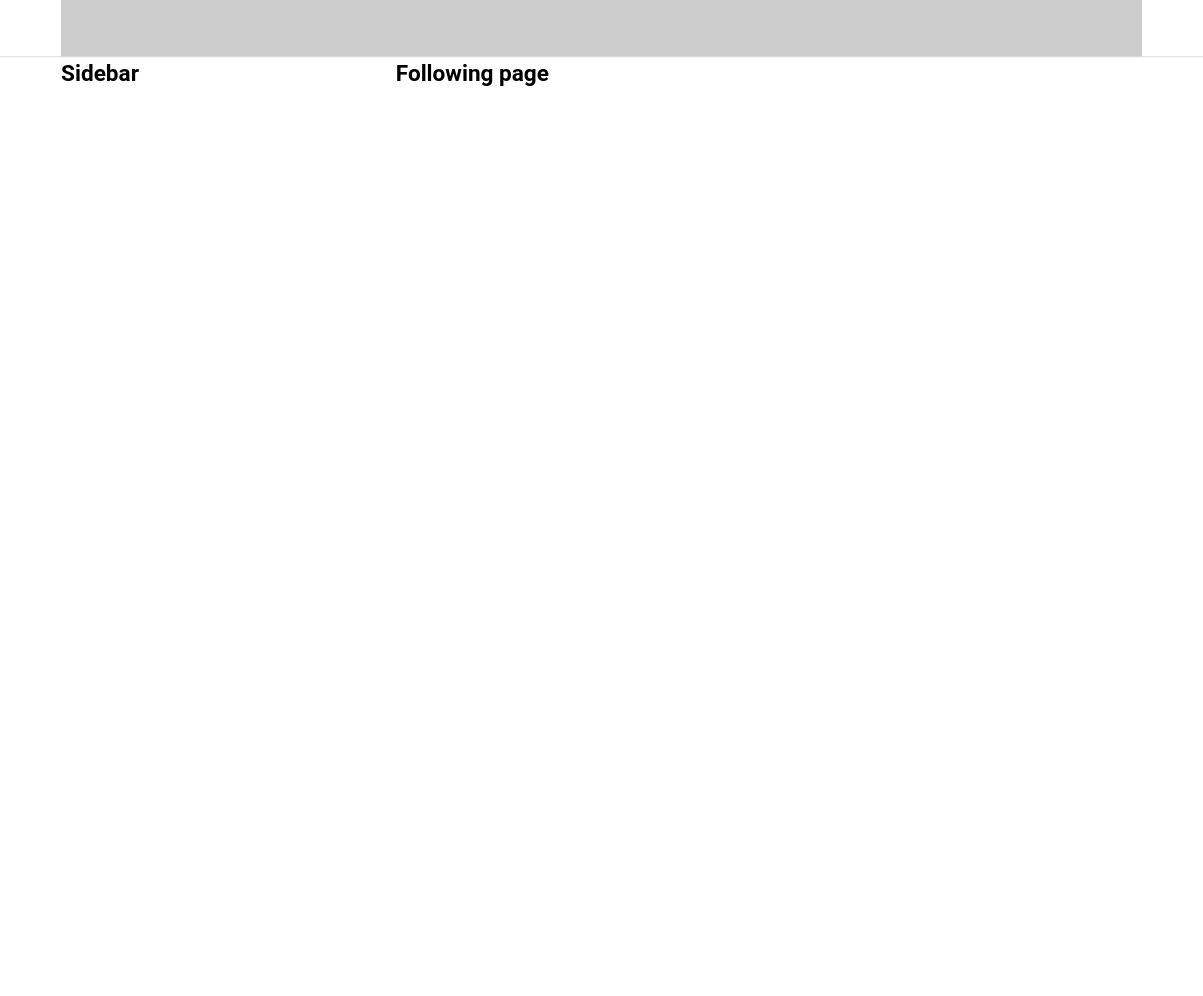
Repository: ynguyen1512/tiktok-ui
Page: /following
An editor plug-in stored every save of this project. The page is shown before and after the next save, followed by the edit.
The browser window is 1280 px wide. The pictures show the whole page, at 94% of full size.
The project was rebuilt for these pictures with package versions that can differ from the ones it lists, and the page was loaded fresh each time. Also part of the build but not shown: src/pages/Home/index.js, src/pages/Profile/index.js, src/pages/Upload/index.js, src/pages/Search/index.js. Imported but missing from the stored project, and not drawn on this page: src/components/Layout/HeaderOnly.

Above is the page before, as saved 2023-07-29 20:38:55.

### src/App.js
import { BrowserRouter as Router, Routes, Route } from 'react-router-dom';
import { publicRoutes } from '~/routes';
import { DefaultLayout } from '~/components/Layout';
import { Fragment } from 'react';

function App() {
    return (
        <Router>
            <div className="App">
                <Routes>
                    {publicRoutes.map((route, index) => {
                        const Page = route.component;

                        let Layout = DefaultLayout;
                        if (route.layout) {
                            Layout = route.layout;
                        } else if (route.layout === null) {
                            Layout = Fragment;
                        }

                        return (
                            <Route
                                key={index}
                                path={route.path}
                                element={
                                    <Layout>
                                        <Page />
                                    </Layout>
                                }
                            />
                        );
                    })}
                </Routes>
            </div>
        </Router>
    );
}

export default App;

### src/components/GlobalStyles/index.js
import './GlobalStyles.scss';

function GlobalStyles({ children }) {
    return children;
}

export default GlobalStyles;

### src/routes/index.js
// Layout
import { HeaderOnly } from '~/components/Layout';

import Home from '~/pages/Home';
import Following from '~/pages/Following';
import Profile from '~/pages/Profile';
import Upload from '~/pages/Upload';
import Search from '~/pages/Search';

// Without Login to use this route
const publicRoutes = [
    { path: '/', component: Home },
    { path: '/following', component: Following },
    { path: '/profile', component: Profile },
    { path: '/upload', component: Upload, layout: HeaderOnly },
    { path: '/search', component: Search, layout: null },
];

// Have to login to use this route
const privateRoutes = [];

export { publicRoutes, privateRoutes };

### src/components/Layout/index.js
export { default as DefaultLayout } from './DefaultLayout';
export { default as HeaderOnly } from './HeaderOnly';

### src/components/GlobalStyles/GlobalStyles.scss
@import 'normalize.css';
@import url('https://fonts.googleapis.com/css2?family=Great+Vibes&family=Lobster&family=Montserrat:wght@300;400;500;600;700&family=Open+Sans:wght@300;400;500;600;700&display=swap');

:root {
    --primary: #fe2c55;
}

* {
    margin: 0;
    padding: 0;
    box-sizing: border-box;
}

html {
    font-size: 62.5%;
}
body {
    font-family: 'Roboto', sans-serif;
    font-size: 1.6rem;
    line-height: 1.5;
    text-rendering: optimizeSpeed;
}

### src/pages/Following/index.js
function Following() {
    return <h2>Following page</h2>;
}

export default Following;

### src/components/Layout/DefaultLayout/index.js
import Header from '~/components/Layout/components/Header';
import SideBar from './SideBar/SideBar';
import styles from './DefaultLayout.module.scss';
import classNames from 'classnames/bind';

const cx = classNames.bind(styles);

function DefaultLayout({ children }) {
    return (
        <div className={cx('wrapper')}>
            <Header />
            <div className={cx('container')}>
                <SideBar />
                <div className={cx('content')}>{children}</div>
            </div>
        </div>
    );
}

export default DefaultLayout;

### src/components/Layout/components/Header/index.js
import styles from './Header.module.scss';
import classNames from 'classnames/bind';

const cx = classNames.bind(styles);

function Header() {
    return (
        <header className={cx('wrapper')}>
            <div className={cx('inner')}>
                {/* logo */}
                {/* search */}
            </div>
        </header>
    );
}

export default Header;

### src/components/Layout/DefaultLayout/SideBar/SideBar.js
import styles from './SideBar.module.scss';
import classNames from 'classnames/bind';

const cx = classNames.bind(styles);

function SideBar() {
    return (
        <aside className={cx('wrapper')}>
            <h2>Sidebar</h2>
        </aside>
    );
}

export default SideBar;

### src/components/Layout/DefaultLayout/DefaultLayout.module.scss
.wrapper {
    display: flex;
    flex-direction: column;
    align-items: center;
}

.container {
    width: 1150px;
    display: flex;
}

### src/components/Layout/components/Header/Header.module.scss
.wrapper {
    width: 100%;
    height: 60px;
    box-shadow: 0px 1px 1px rgb(0 0 0 / 12%);
    display: flex;
    justify-content: center;
}

.inner {
    height: 100%;
    width: 1150px;
    background-color: #ccc;
}

### src/components/Layout/DefaultLayout/SideBar/SideBar.module.scss
.wrapper {
    width: 356px;
    min-height: 1000px;
}

Loaded but not shown: public/index.html (common file); src/index.js (common file); src/reportWebVitals.js (common file)

After the next save:
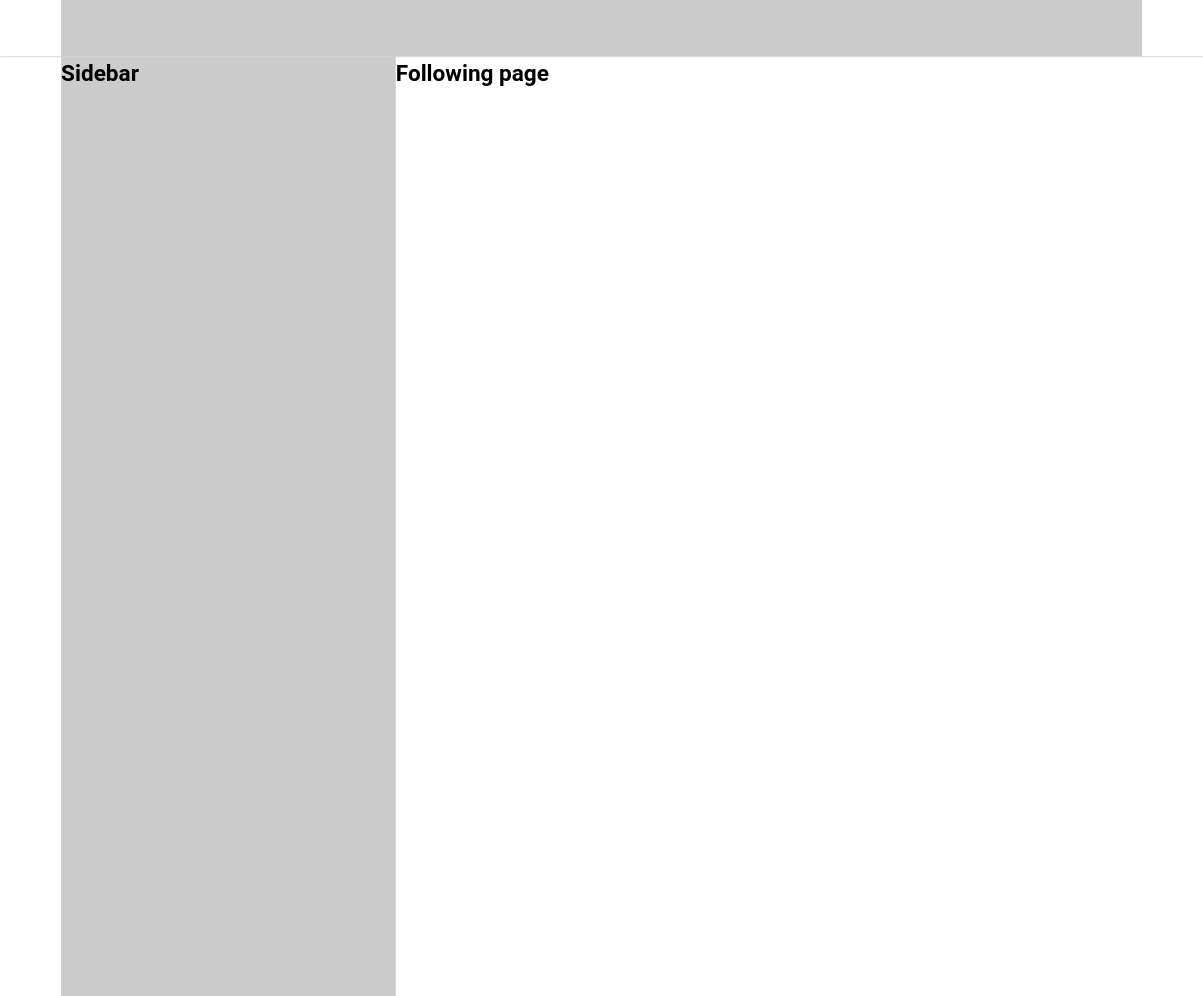
Saved 8 s later.
--- a/src/components/Layout/DefaultLayout/SideBar/SideBar.module.scss
+++ b/src/components/Layout/DefaultLayout/SideBar/SideBar.module.scss
@@ -1,4 +1,5 @@
 .wrapper {
     width: 356px;
     min-height: 1000px;
+    background: #ccc;
 }
